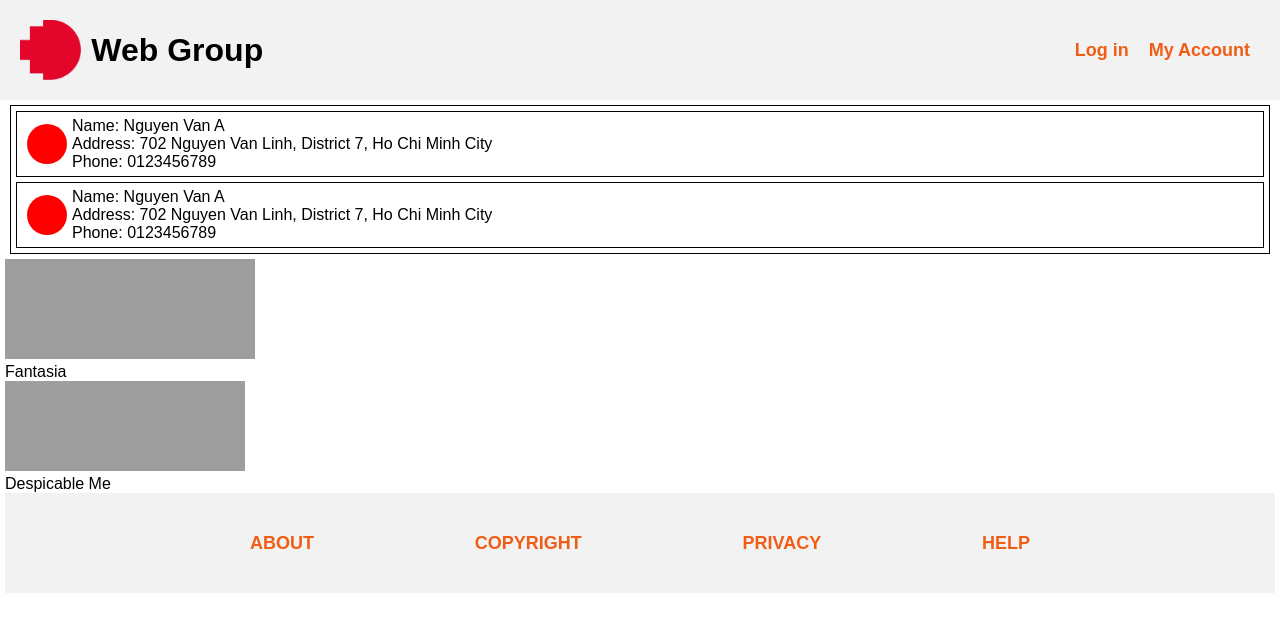
Repository: quynguyn/shoopingweb
Page: shipper.html
An editor plug-in stored every save of this project. The page is shown before and after the next save, followed by the edit.
The browser window is 1280 px wide. The pictures show the whole page.
After loading, the first visible `div.order` was clicked once.
Pictures or frames that could not be fetched are drawn as grey boxes.

Above is the page before, as saved 2023-05-04 17:04:14.

After the next save:
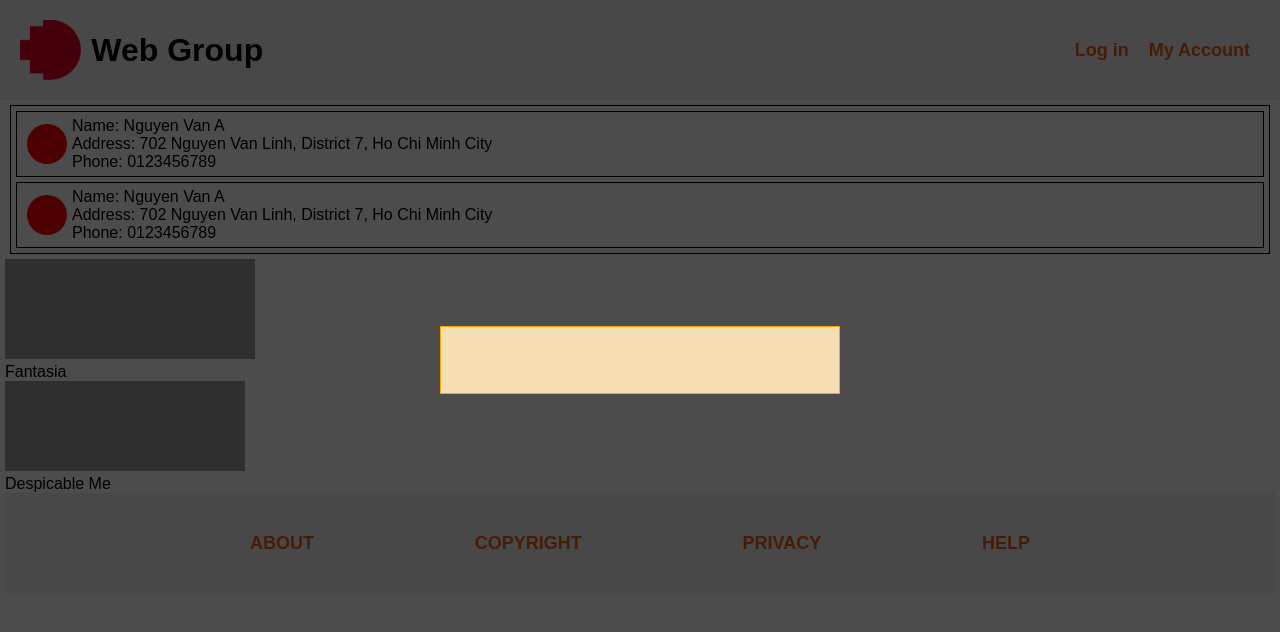
Saved 7 s later.
--- a/Asset/JS/shipper.js
+++ b/Asset/JS/shipper.js
@@ -9,8 +9,8 @@ function popupFunction(e) {
   const txt = [...chldn].filter((d) => d.className === 'popupText');
   const msg = txt[0].innerText;
   $('#info-popup .body').innerText = msg;
-  $('#info-popup').classList.add('modalHasContent');
+  $('#info-popup').classList.add('info-popup-data');
 }
 function closeModal(e){
-  e.target.classList.remove('modalHasContent');
+  e.target.classList.remove('info-popup-data');
 }
